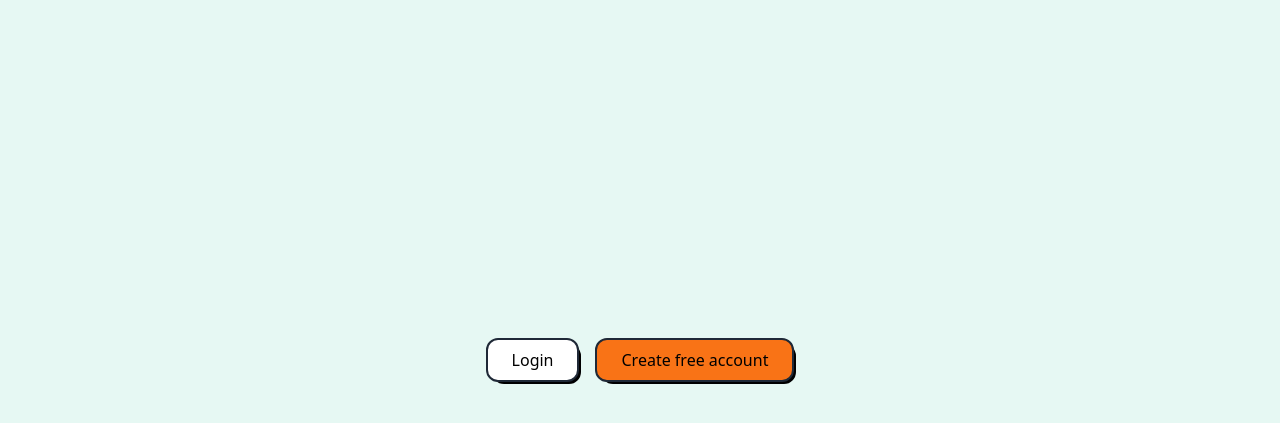
Repository: trusha97/postpilot
Page: button.html
An editor plug-in stored every save of this project. The page is shown before and after the next save, followed by the edit.
The browser window is 1280 px wide. The pictures show the whole page.
Some web libraries are served in a nearby version.

Above is the page before, as saved 2025-05-18 18:12:35.

After the next save:
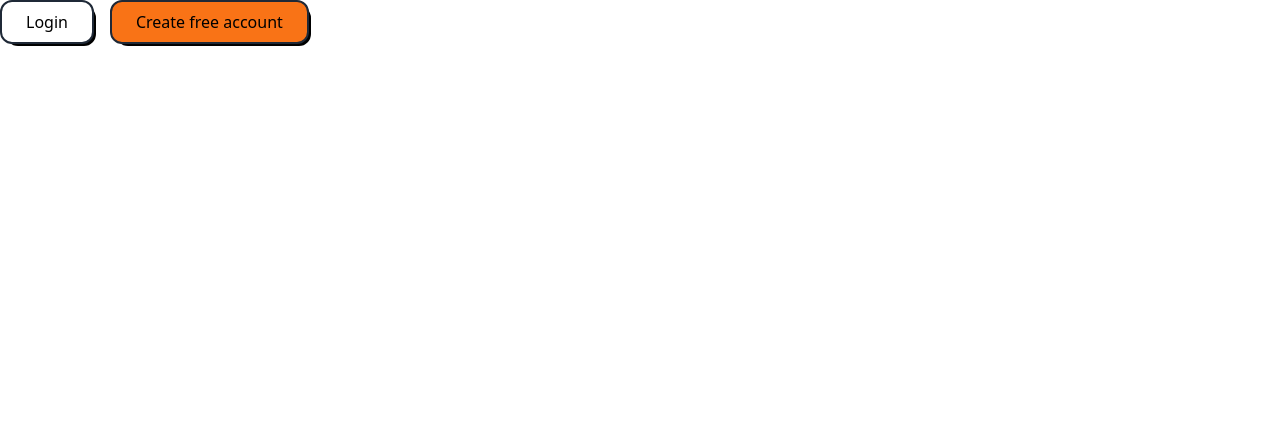
Saved 16 s later.
--- a/button.html
+++ b/button.html
@@ -10,7 +10,7 @@
 
 </head>
 
-<body class="bg-[#e6f8f3] flex justify-center items-center min-h-screen">
+<body >
 
     <div class="flex gap-4">
         <button class="relative text-black font-medium border border-2 border-gray-800 bg-white px-6 py-2 rounded-xl">
